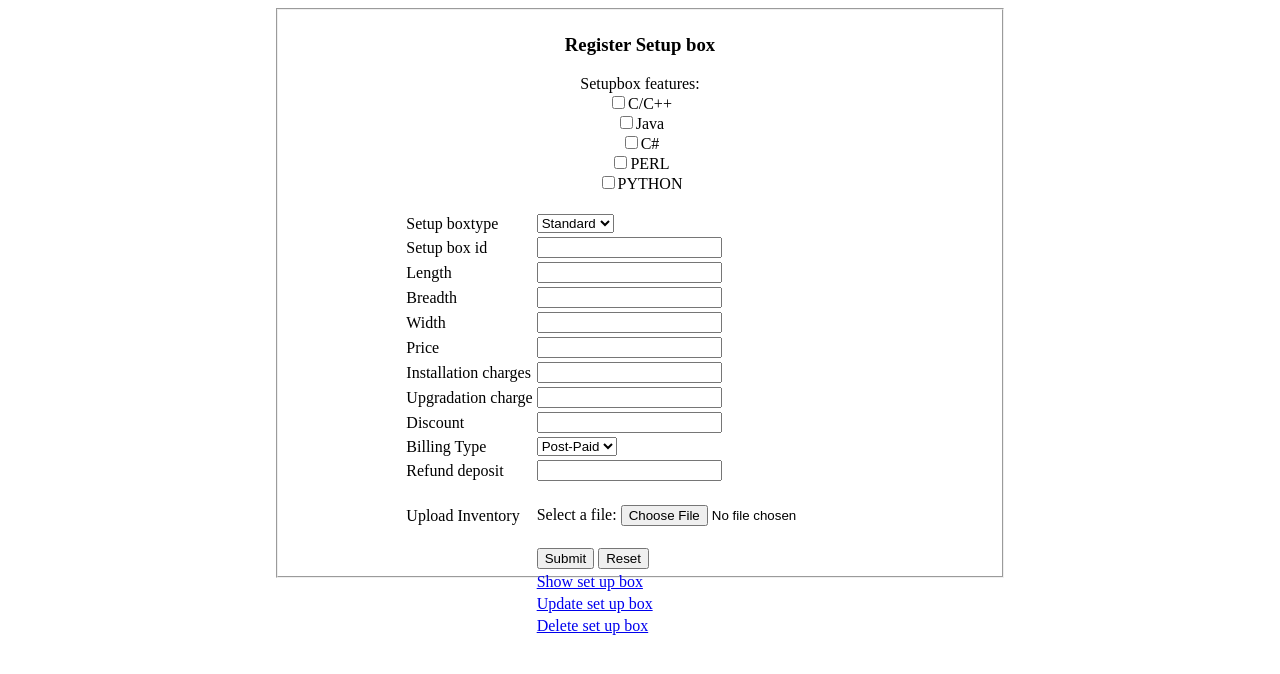
Repository: a18wheeler/TCS-Edison
Page: http://localhost/DTH1/
These files come from the project's save history. The page is drawn as it stood at one moment and after the next save; the edit follows.
The browser window is 1280 px wide. The pictures show the whole page.
The page is served by Tomcat 9.

Above is the page before, as saved 2019-10-16 15:19:12.

After the next save:
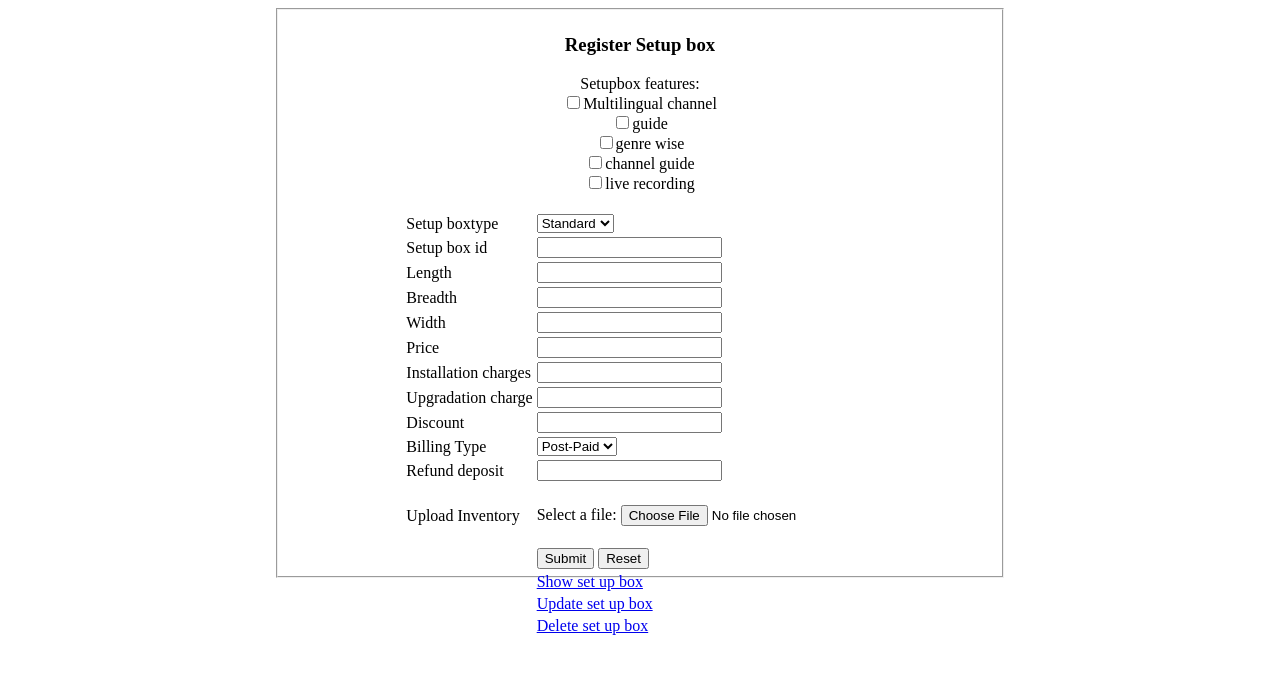
Saved 4 min 46 s later.
--- a/playground/DTH1/WebContent/index.jsp
+++ b/playground/DTH1/WebContent/index.jsp
@@ -68,11 +68,11 @@ Setup box id
 </td>
 </tr>
 Setupbox features:<br>
-<input type="checkbox" name="lang" value="C/C++">C/C++<br>
-<input type="checkbox" name="lang" value="JAVA">Java<br>
-<input type="checkbox" name="lang" value="C#">C#<br>
-<input type="checkbox" name="lang" value="PERL">PERL<br>
-<input type="checkbox" name="lang" value="PYTHON">PYTHON<br>
+<input type="checkbox" name="lang" value="Multilingual channel" />Multilingual channel<br>
+<input type="checkbox" name="lang" value="guide" />guide<br>
+<input type="checkbox" name="lang" value="genre wise"/ >genre wise<br>
+<input type="checkbox" name="lang" value="channel guide"/>channel guide<br>
+<input type="checkbox" name="lang" value=" live recording"/>live recording<br>
 
 <tr>
 <td>
